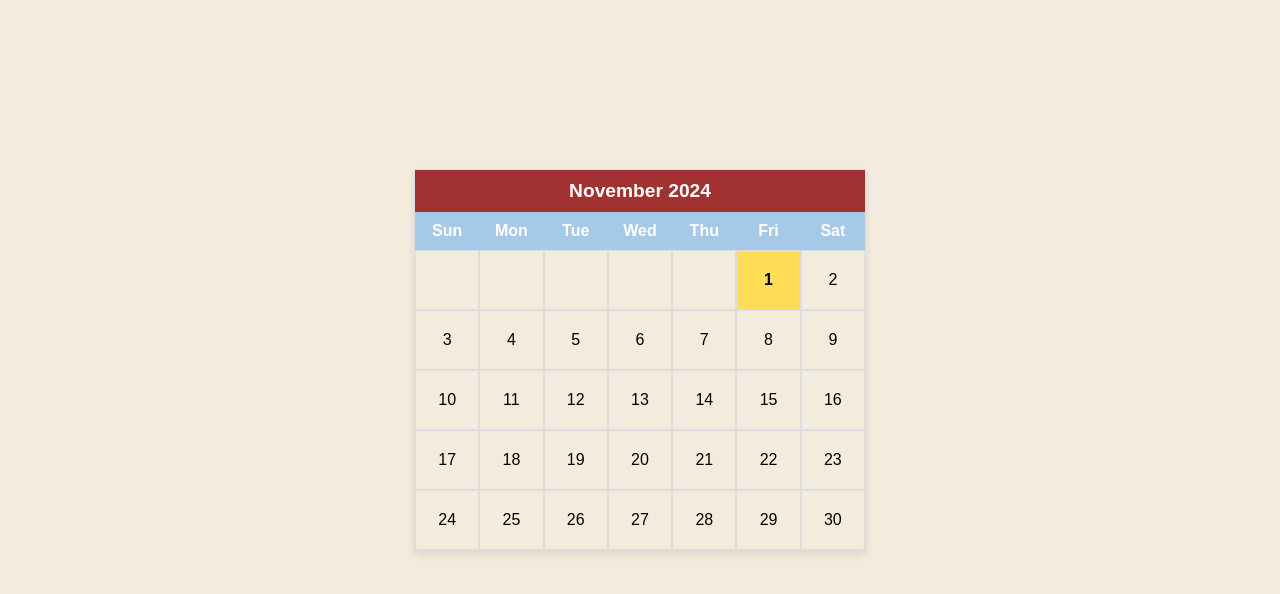
Repository: carrascokarencb37-afk/Nuura
Page: html/calendario.html
These files come from the project's save history. The page is drawn as it stood at one moment and after the next save; the edit follows.
The browser window is 1280 px wide. The pictures show the whole page.

Above is the page before, as saved 2026-05-28 23:31:26.

### html/calendario.html
<!DOCTYPE html>
<html lang="en">
<head>
    <meta charset="UTF-8">
    <meta name="viewport" content="width=device-width, initial-scale=1.0">
    <title>Simple HTML Calendar - November 2024</title>
    <link rel="stylesheet" href="../css/cale.css">
</head>
<body>
    <!-- Calendar Container -->
    <div class="calendar">
        <!-- Month and Year Header -->
        <div class="calendar-header">November 2024</div>

        <!-- Days of the Week -->
        <div class="calendar-days">
            <div>Sun</div>
            <div>Mon</div>
            <div>Tue</div>
            <div>Wed</div>
            <div>Thu</div>
            <div>Fri</div>
            <div>Sat</div>
        </div>

        <!-- Calendar Dates -->
        <div class="calendar-dates">
            <!-- Blank spaces for days before the month starts on Friday -->
            <div></div>
            <div></div>
            <div></div>
            <div></div>
            <div></div>
            <div class="today">1</div>
            <div>2</div>
            <div>3</div>
            <div>4</div>
            <div>5</div>
            <div>6</div>
            <div>7</div>
            <div>8</div>
            <div>9</div>
            <div>10</div>
            <div>11</div>
            <div>12</div>
            <div>13</div>
            <div>14</div>
            <div>15</div>
            <div>16</div>
            <div>17</div>
            <div>18</div>
            <div>19</div>
            <div>20</div>
            <div>21</div>
            <div>22</div>
            <div>23</div>
            <div>24</div>
            <div>25</div>
            <div>26</div>
            <div>27</div>
            <div>28</div>
            <div>29</div>
            <div>30</div>
</body>
</html>

### css/cale.css

        /* Basic page styling */
        body {
            font-family: Arial, sans-serif;
            display: flex;
            justify-content: center;
            align-items: center;
            min-height: 100vh;
            background-color: #f3ecde;
            margin: 0;
        }

        /* Calendar container */
        .calendar {
            width: 450px;
            border: 1px solid #ddd;
            box-shadow: 0 4px 8px rgba(0, 0, 0, 0.1);
        }

        /* Calendar header styling */
        .calendar-header {
            text-align: center;
            background-color: #9e2828f1;
            color: white;
            padding: 10px;
            font-size: 1.2em;
            font-weight: bold;
        }

        /* Days of the week styling */
        .calendar-days {
            display: grid;
            grid-template-columns: repeat(7, 1fr);
            background-color:#a3c7e9f1;
            color: white;
        }

        .calendar-days div {
            padding: 10px;
            text-align: center;
            font-weight: bold;
        }

        /* Date cells styling */
        .calendar-dates {
            display: grid;
            grid-template-columns: repeat(7, 1fr);
        }

        .calendar-dates div {
            padding: 20px;
            text-align: center;
            border: 1px solid #ddd;
        }

        /* Highlight today */
        .today {
            background-color: #ffdd57;
            font-weight: bold;
        }

After the next save:
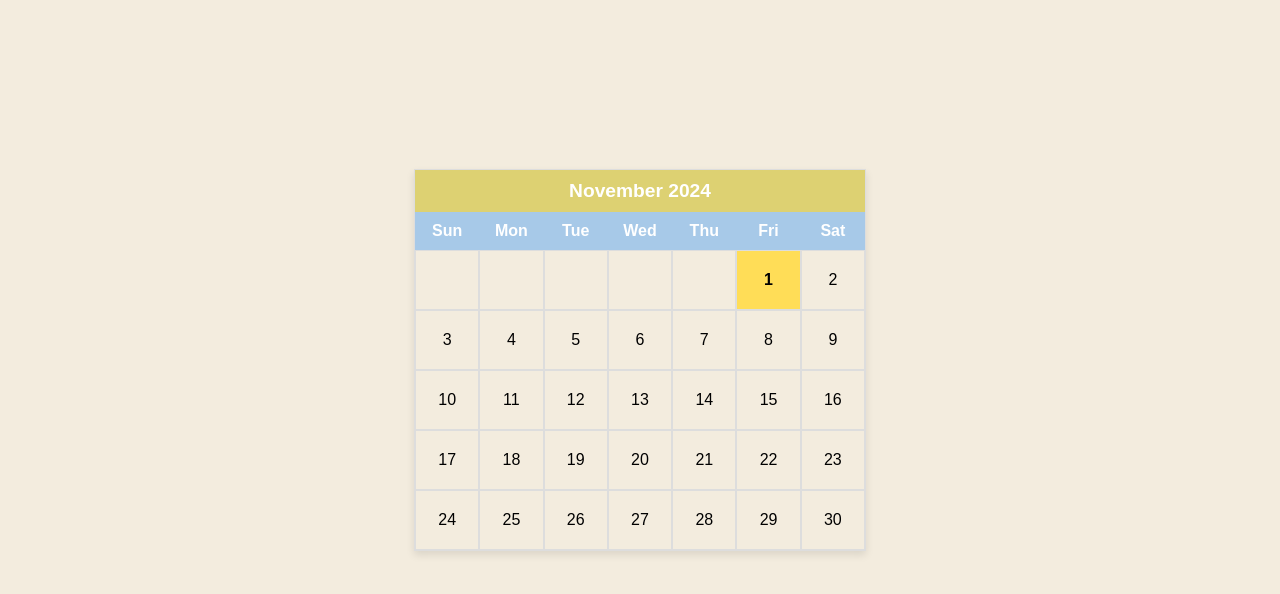
Saved 6 s later.
--- a/css/cale.css
+++ b/css/cale.css
@@ -20,7 +20,7 @@
         /* Calendar header styling */
         .calendar-header {
             text-align: center;
-            background-color: #9e2828f1;
+            background-color: #ddd06cf1;
             color: white;
             padding: 10px;
             font-size: 1.2em;
